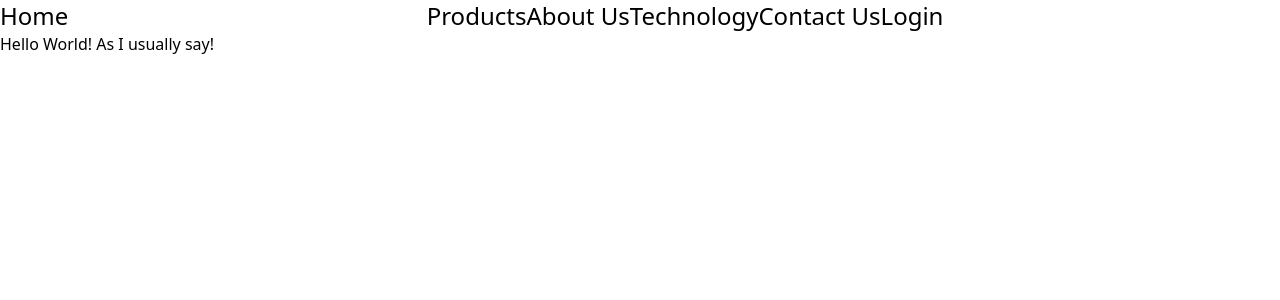
Repository: thasquirrie/fanmanagement
Page: / (app in frontend/)
An editor plug-in stored every save of this project. The page is shown before and after the next save, followed by the edit.
The browser window is 1280 px wide. The pictures show the whole page.
The project was rebuilt for these pictures with package versions that can differ from the ones it lists, and the page was loaded fresh each time. A package was used in the major version that the imports need, not the one package.json lists. Also part of the build but not shown: frontend/craco.config.js, frontend/src/App.css.

Above is the page before, as saved 2021-05-24 17:10:03.

After the next save:
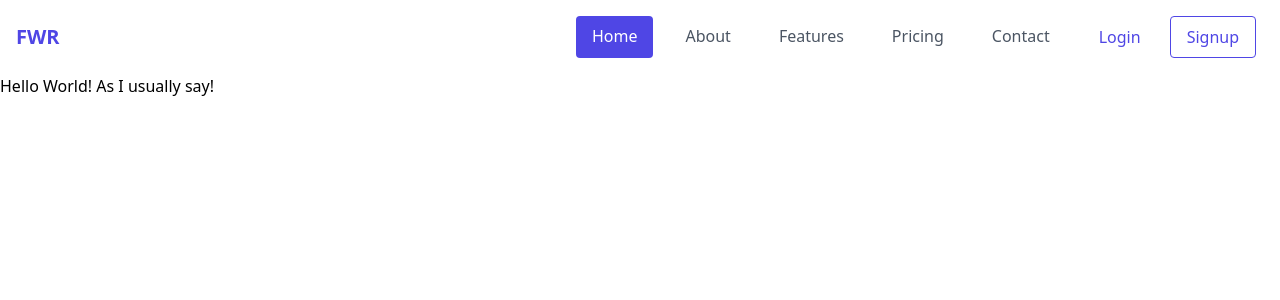
Saved 18 h 56 min later.
--- a/frontend/src/components/Header.jsx
+++ b/frontend/src/components/Header.jsx
@@ -3,18 +3,67 @@
 
 const Header = () => {
  return (
-  <nav className='grid grid-cols-6 text-2xl'>
-   <div className='col-span-2'>
-    <NavLink to='/'>Home</NavLink>
-   </div>
-   <div className='col-span-4 '>
-    <NavLink to='/products' className='space-x-2'>
-     Products
-    </NavLink>
-    <NavLink to='/about'>About Us</NavLink>
-    <NavLink to='/technology'>Technology</NavLink>
-    <NavLink to='/contact'>Contact Us</NavLink>
-    <NavLink to='/login'>Login</NavLink>
+  <nav className='bg-white py-2 md:py-4'>
+   <div className='container px-4 mx-auto md:flex md:items-center'>
+    <div className='flex justify-between items-center'>
+     <a href='#' className='font-bold text-xl text-indigo-600'>
+      FWR
+     </a>
+     <button
+      className='border border-solid border-gray-600 px-3 py-1 rounded text-gray-600 opacity-50 hover:opacity-75 md:hidden'
+      id='navbar-toggle'
+     >
+      <i className='fas fa-bars'></i>
+     </button>
+    </div>
+
+    <div
+     className='hidden md:flex flex-col md:flex-row md:ml-auto mt-3 md:mt-0'
+     id='navbar-collapse'
+    >
+     <a
+      href='#'
+      className='p-2 lg:px-4 md:mx-2 text-white rounded bg-indigo-600'
+     >
+      Home
+     </a>
+     <a
+      href='#'
+      className='p-2 lg:px-4 md:mx-2 text-gray-600 rounded hover:bg-gray-200 hover:text-gray-700 transition-colors duration-300'
+     >
+      About
+     </a>
+     <a
+      href='#'
+      className='p-2 lg:px-4 md:mx-2 text-gray-600 rounded hover:bg-gray-200 hover:text-gray-700 transition-colors duration-300'
+     >
+      Features
+     </a>
+     <a
+      href='#'
+      className='p-2 lg:px-4 md:mx-2 text-gray-600 rounded hover:bg-gray-200 hover:text-gray-700 transition-colors duration-300'
+     >
+      Pricing
+     </a>
+     <a
+      href='#'
+      className='p-2 lg:px-4 md:mx-2 text-gray-600 rounded hover:bg-gray-200 hover:text-gray-700 transition-colors duration-300'
+     >
+      Contact
+     </a>
+     <a
+      href='#'
+      className='p-2 lg:px-4 md:mx-2 text-indigo-600 text-center border border-transparent rounded hover:bg-indigo-100 hover:text-indigo-700 transition-colors duration-300'
+     >
+      Login
+     </a>
+     <a
+      href='#'
+      className='p-2 lg:px-4 md:mx-2 text-indigo-600 text-center border border-solid border-indigo-600 rounded hover:bg-indigo-600 hover:text-white transition-colors duration-300 mt-1 md:mt-0 md:ml-1'
+     >
+      Signup
+     </a>
+    </div>
    </div>
   </nav>
  );
